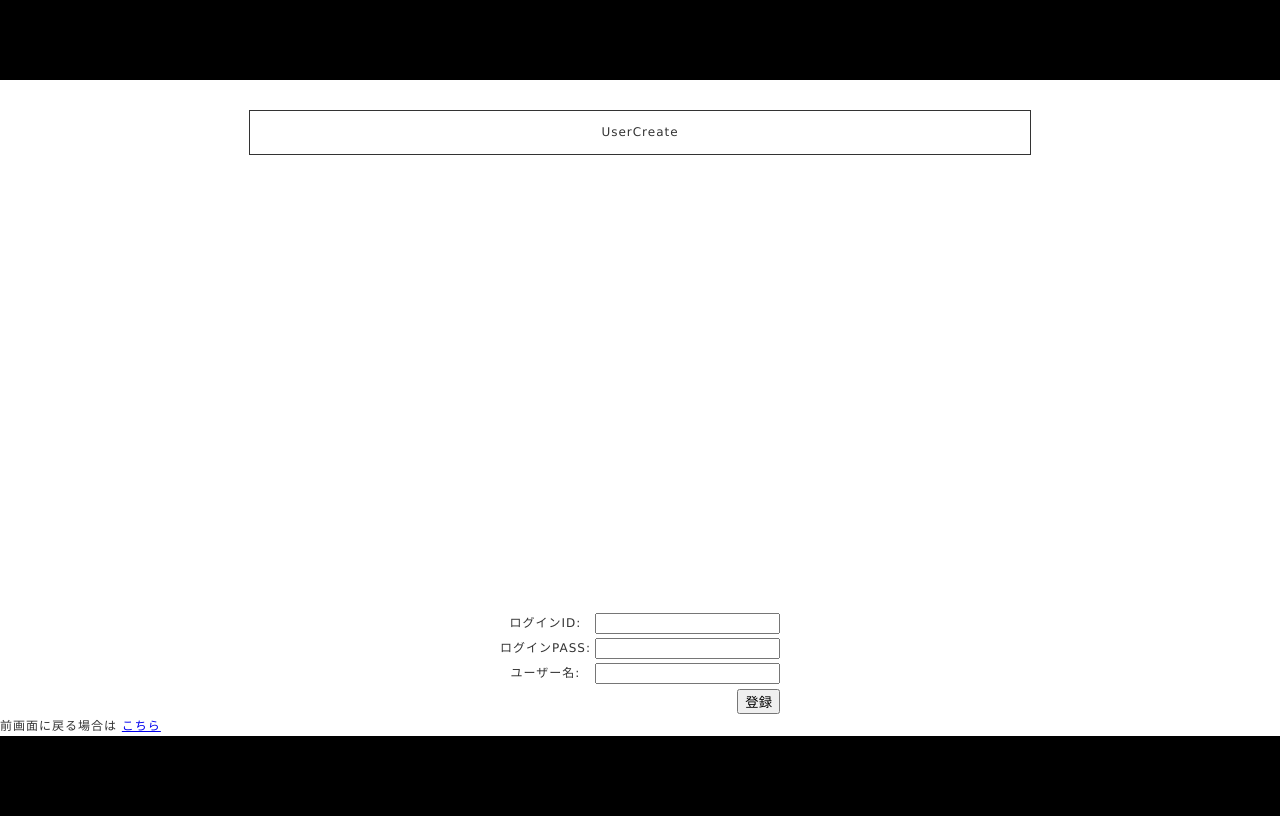
Repository: shimadaasato/test
Page: http://localhost/template/userCreate.jsp
The author's editor kept a copy of each file at every save. The page is drawn from the files as they stood at one save, then again after the next save.
The browser window is 1280 px wide. The pictures show the whole page.
The page is served by Tomcat 9.

Above is the page before, as saved 2019-03-04 12:33:41.

After the next save:
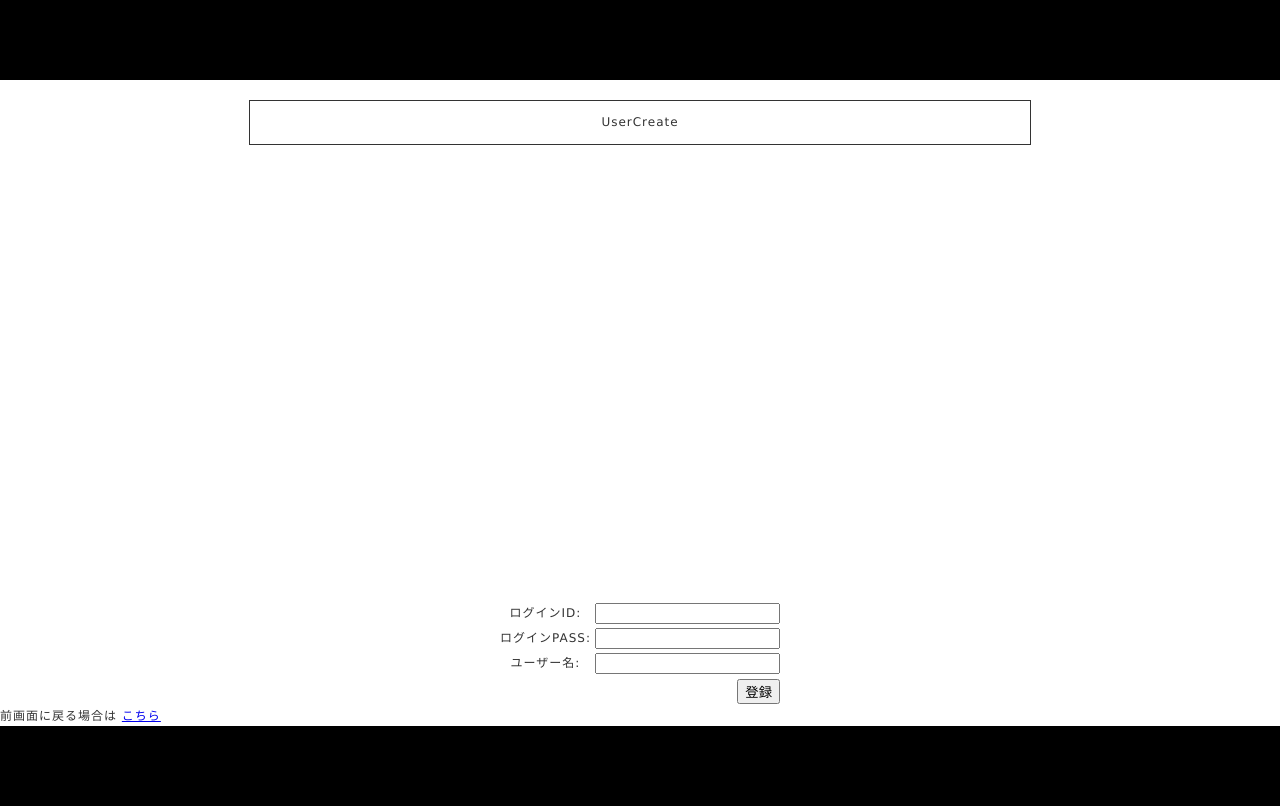
Saved 2 min 1 s later.
--- a/template/WebContent/userCreate.jsp
+++ b/template/WebContent/userCreate.jsp
@@ -41,7 +41,7 @@
 /*====ID LAYOUT====*/
 #top{
 	width:780px;
-	margin:30px auto;
+	margin:20px auto;
 	border:1px solid #333;
 
 }

After the save that followed:
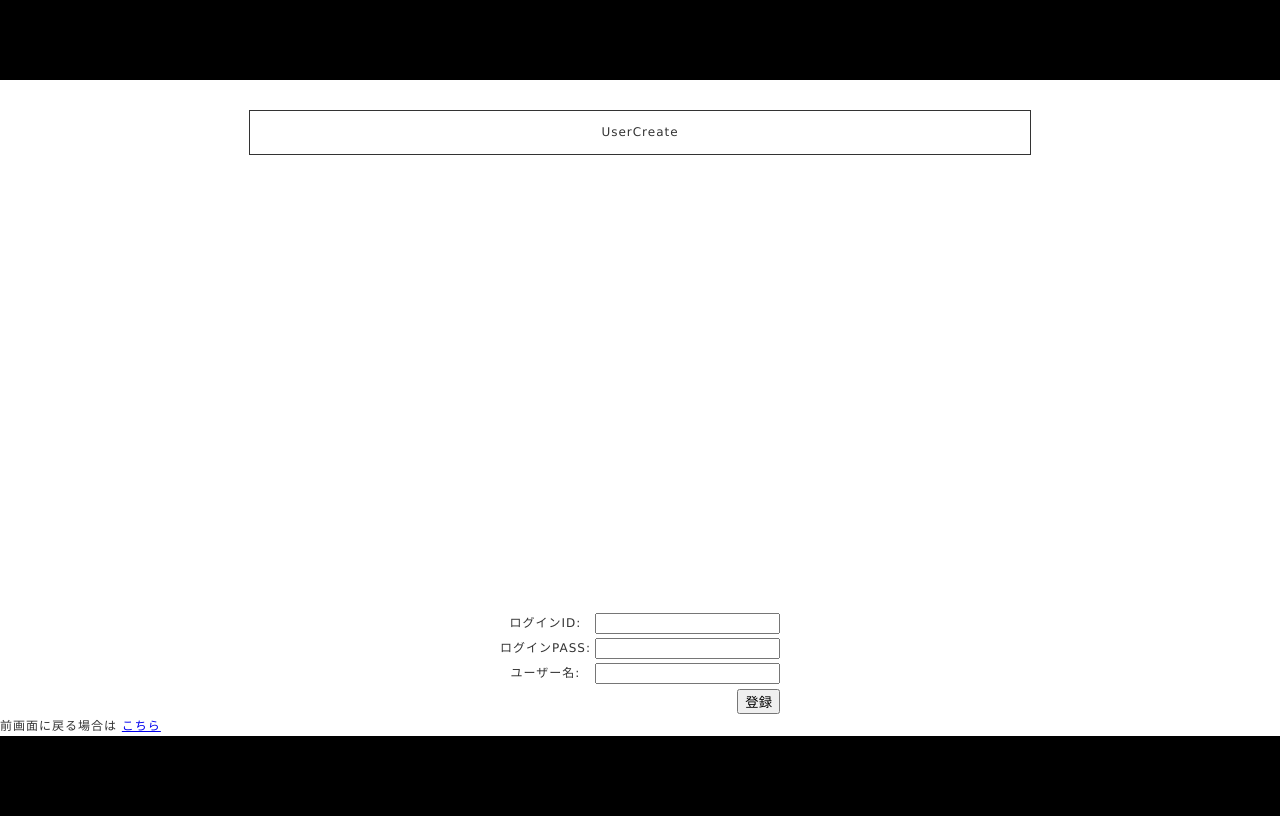
Saved 11 s later.
--- a/template/WebContent/userCreate.jsp
+++ b/template/WebContent/userCreate.jsp
@@ -41,7 +41,7 @@
 /*====ID LAYOUT====*/
 #top{
 	width:780px;
-	margin:20px auto;
+	margin:30px auto;
 	border:1px solid #333;
 
 }
